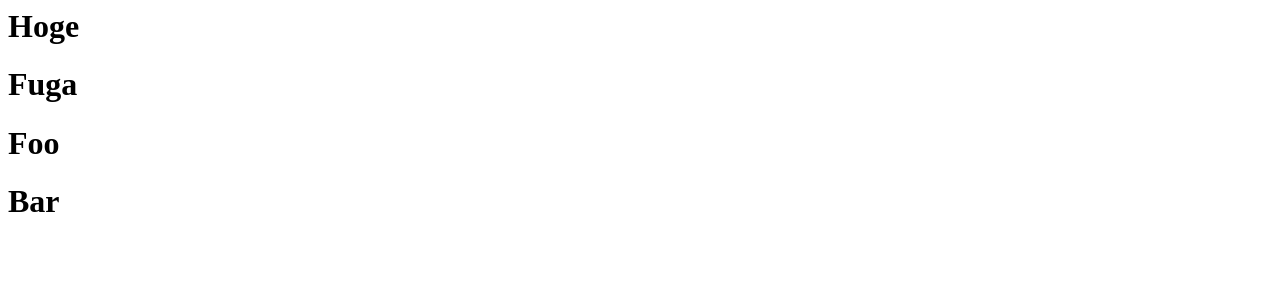
Repository: kawaimiki/samurai_HTML-CSS
Page: index.html
The author's editor kept a record of every edit. The page is drawn from the files as they stood at one moment, then again after the next edit.
The browser window is 1280 px wide. The pictures show the whole page.

Above is the page before.

After the next edit:
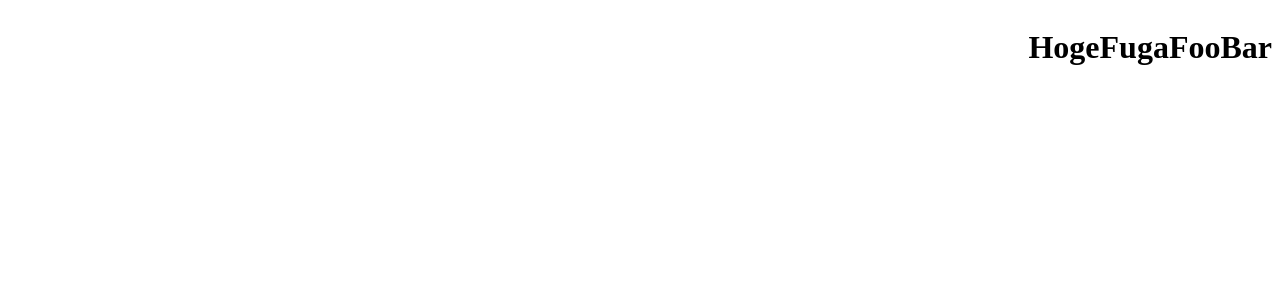
The edit:
--- a/index.html
+++ b/index.html
@@ -8,7 +8,7 @@
       </style>
   </head>
   <body>
-      <div id="flex-flow">
+      <div id="flex-end">
           <h1>Hoge</h1>
           <h1>Fuga</h1>
           <h1>Foo</h1>

After the edit that followed:
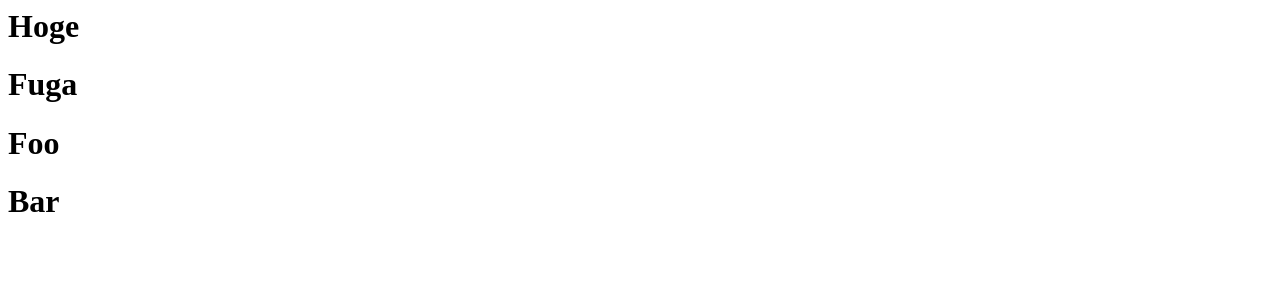
The edit:
--- a/index.html
+++ b/index.html
@@ -1,7 +1,7 @@
 <html lang="ja">
   <head>
       <style>
-          #flex-end {
+          #flex-start {
               display: flex;
               justify-content: flex-end;
           }
